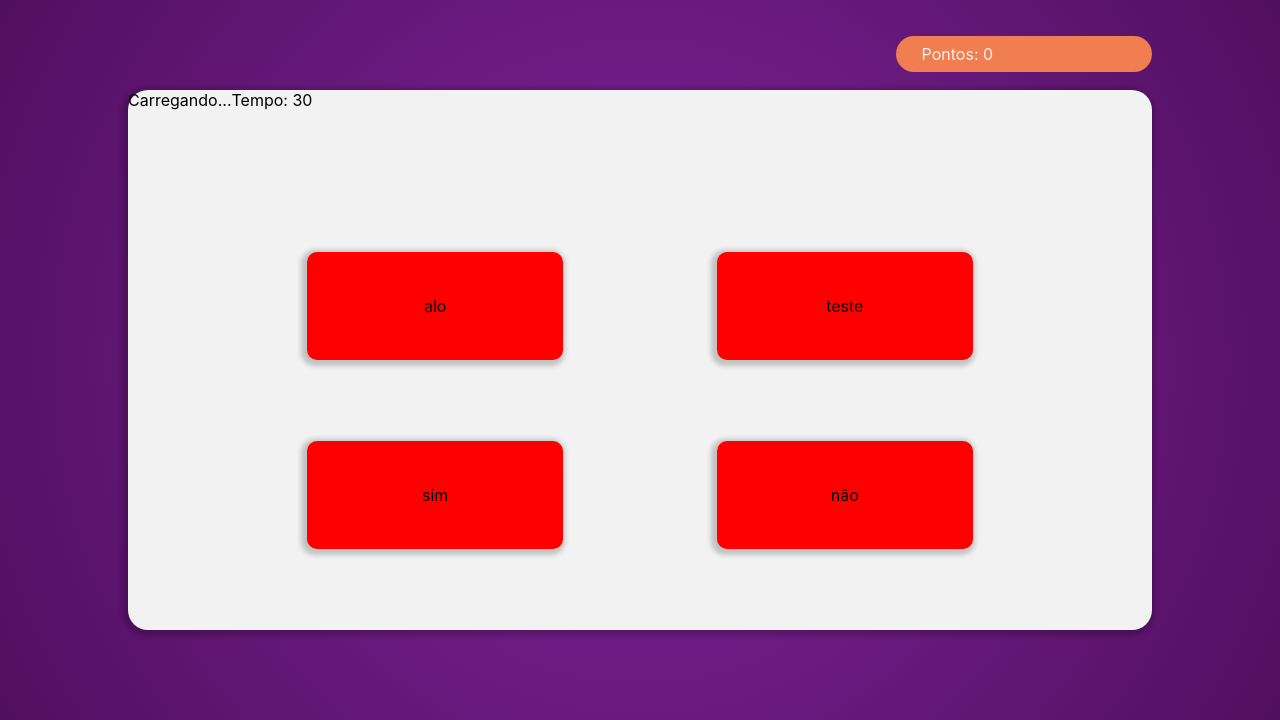
Repository: gabrielejandres/bd-final-project
Page: /play (app in frontend/)
These files come from the project's save history. The page is drawn as it stood at one moment and after the next save; the edit follows.
The browser window is 1280 px wide. The pictures show the whole page.
The project was rebuilt for these pictures with package versions that can differ from the ones it lists, and the page was loaded fresh each time. Also part of the build but not shown: frontend/src/App.css, frontend/src/components/Button/index.jsx, frontend/src/components/Logo/style.css, frontend/src/components/Logo/index.jsx, frontend/src/components/Footer/Login/index.jsx, frontend/src/pages/Login/index.jsx, frontend/src/components/Footer/Home/style.css, frontend/src/components/Footer/Home/index.jsx and 1 more.

Above is the page before, as saved 2022-03-05 23:23:01.

After the next save:
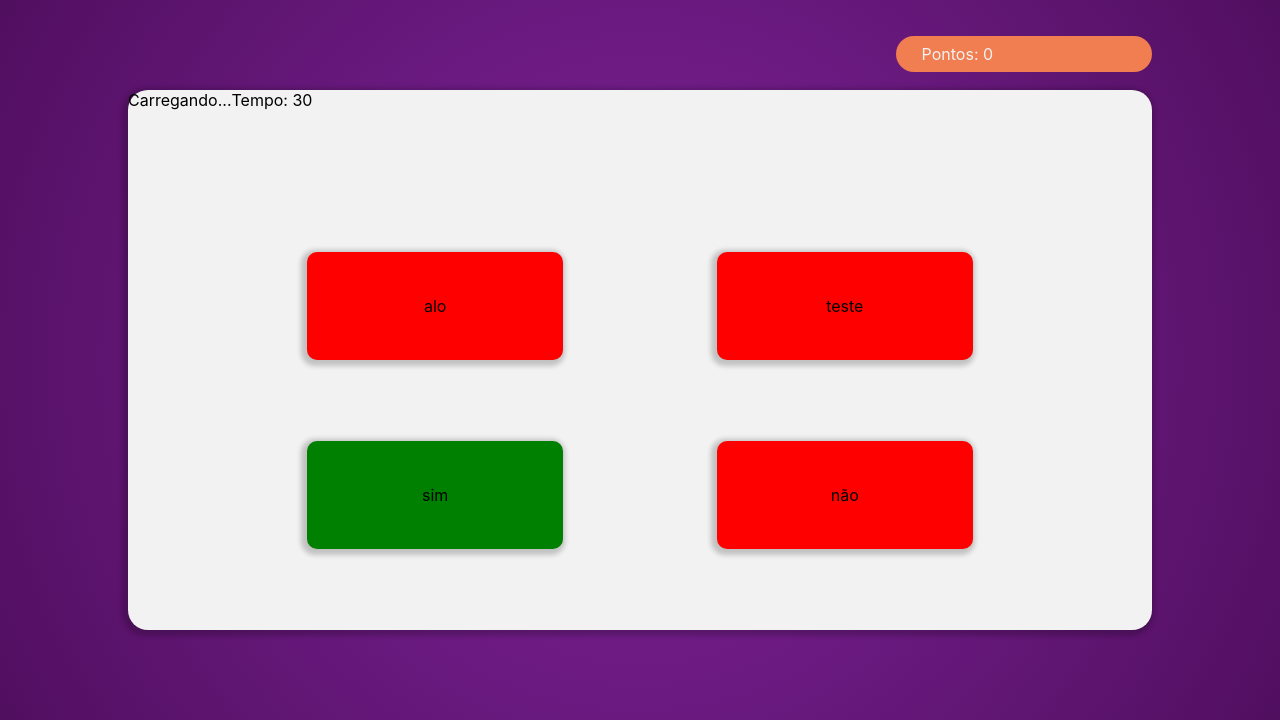
Saved 4 min 0 s later.
--- a/frontend/src/pages/Play/index.jsx
+++ b/frontend/src/pages/Play/index.jsx
@@ -44,7 +44,7 @@
         <div className="game-content">
           {options.map((option) => {
             return(
-              <div className="game-options" onClick={()=>{checkAnswer(option)}} style={{'backgroundColor': correct && option === answer ? 'green' : 'red'}}>
+              <div className="game-options" onClick={()=>{checkAnswer(option)}} style={{'backgroundColor': option === answer ? 'green' : 'red'}}>
                 {option}
               </div>
             )

After the save that followed:
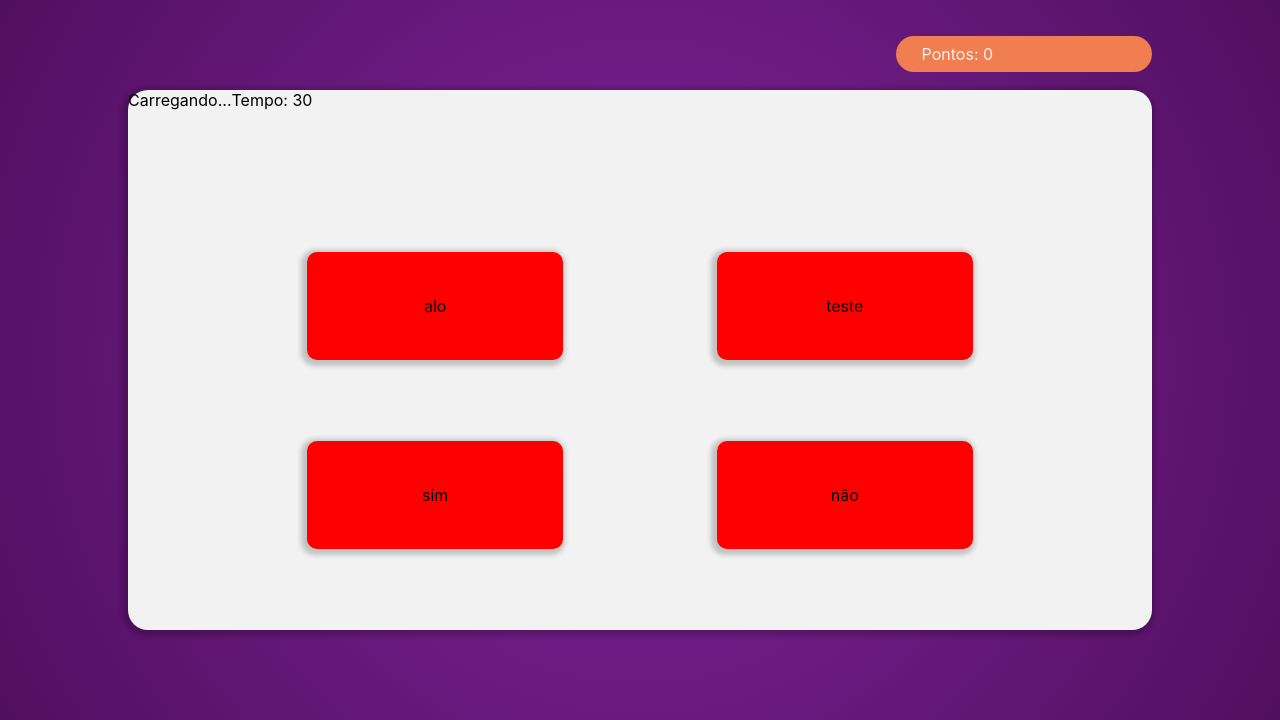
Saved 9 s later.
--- a/frontend/src/pages/Play/index.jsx
+++ b/frontend/src/pages/Play/index.jsx
@@ -44,7 +44,7 @@
         <div className="game-content">
           {options.map((option) => {
             return(
-              <div className="game-options" onClick={()=>{checkAnswer(option)}} style={{'backgroundColor': option === answer ? 'green' : 'red'}}>
+              <div className="game-options" onClick={()=>{checkAnswer(option)}} style={{'backgroundColor': correct && option === answer ? 'green' : 'red'}}>
                 {option}
               </div>
             )
